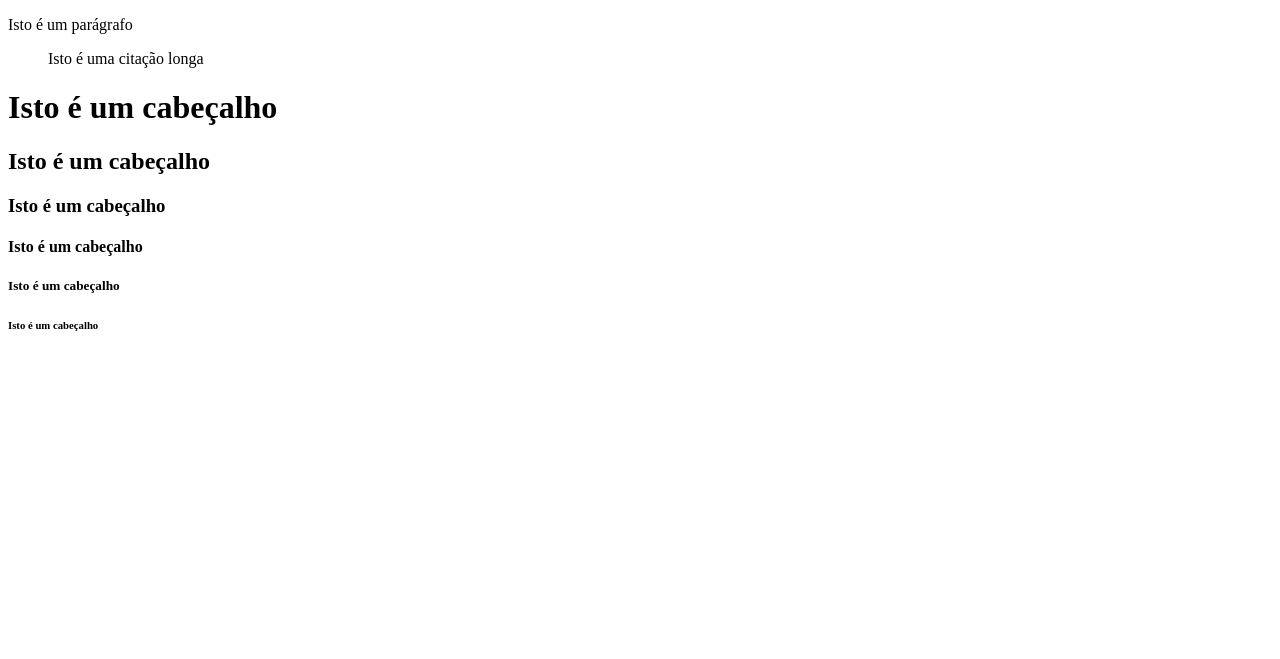
Repository: robsonwssantos/Projeto_Olaria
Page: aula02/index.html
The author's editor kept a copy of each file at every save. The page is drawn from the files as they stood at one save, then again after the next save.
The browser window is 1280 px wide. The pictures show the whole page.

Above is the page before, as saved 2023-04-11 20:33:26.

### aula02/index.html
<!DOCTYPE html>
<html lang="pt-BR">
<head>
    <meta charset="UTF-8">
    <meta http-equiv="X-UA-Compatible" content="IE=edge">
    <meta name="viewport" content="width=device-width, initial-scale=1.0">
    <title>Título da Página</title>
</head>
<body>
    <p>Isto é um parágrafo</p>
    <blockquote>Isto é uma citação longa</blockquote>
    <h1>Isto é um cabeçalho</h1>
    <h2>Isto é um cabeçalho</h2>
    <h3>Isto é um cabeçalho</h3>
    <h4>Isto é um cabeçalho</h4>
    <h5>Isto é um cabeçalho</h5>
    <h6>Isto é um cabeçalho</h6>
</body>
</html>

After the next save:
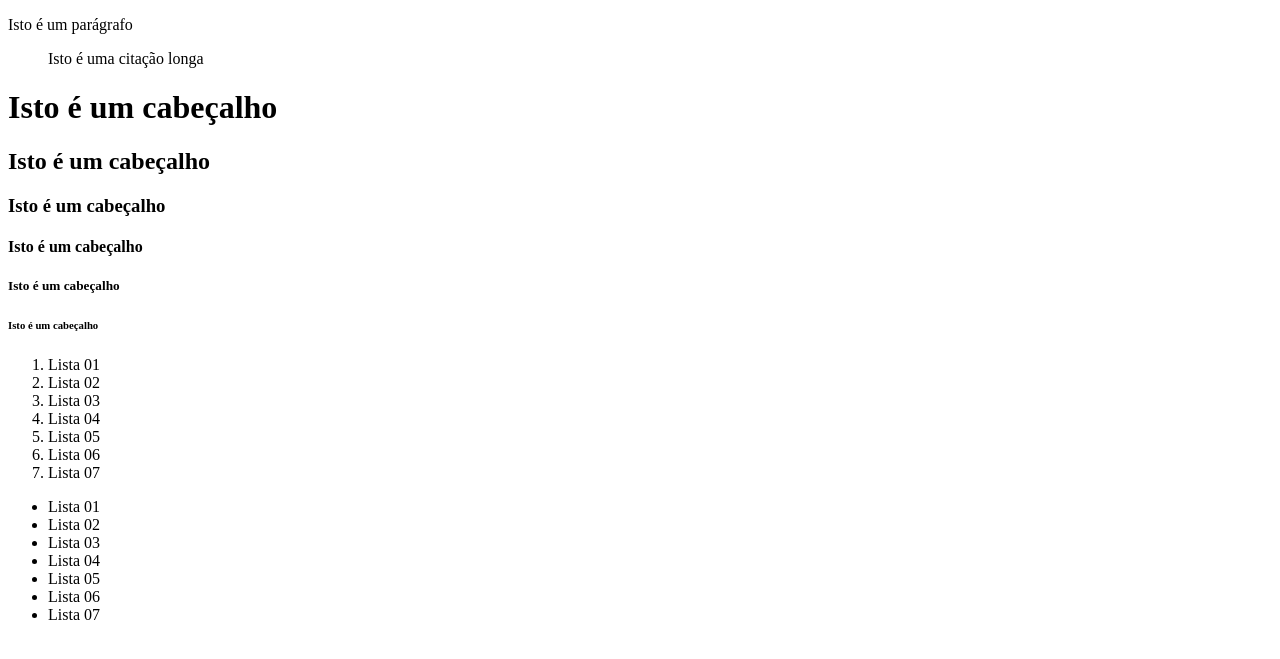
Saved 4 min 25 s later.
--- a/aula02/index.html
+++ b/aula02/index.html
@@ -15,5 +15,24 @@
     <h4>Isto é um cabeçalho</h4>
     <h5>Isto é um cabeçalho</h5>
     <h6>Isto é um cabeçalho</h6>
+
+    <ol>
+        <li>Lista 01</li>
+        <li>Lista 02</li>
+        <li>Lista 03</li>
+        <li>Lista 04</li>
+        <li>Lista 05</li>
+        <li>Lista 06</li>
+        <li>Lista 07</li>
+    </ol>
+    <ul>
+        <li>Lista 01</li>
+        <li>Lista 02</li>
+        <li>Lista 03</li>
+        <li>Lista 04</li>
+        <li>Lista 05</li>
+        <li>Lista 06</li>
+        <li>Lista 07</li>
+    </ul>
 </body>
 </html>
